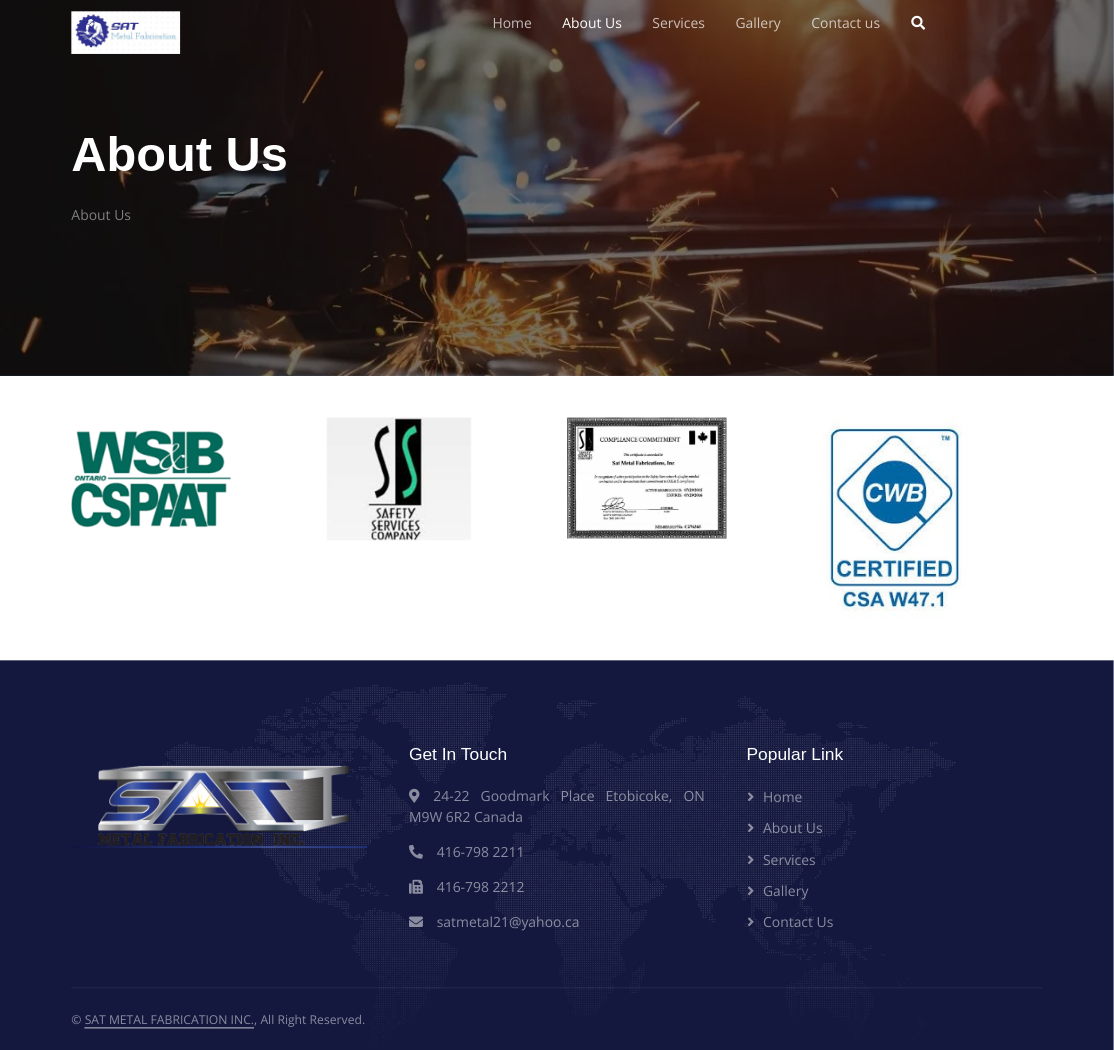
Repository: dzyte-services/satmetal
Page: http://localhost/about.php
The author's editor kept a copy of each file at every save. The page is drawn from the files as they stood at one save, then again after the next save.
The browser window is 1280 px wide. The pictures show the whole page, at 87% of full size.
Some web fonts or font styles are not loaded; a fallback is used. Some web libraries are served in a nearby version. The page is run by PHP 8.4 with error messages shown; the project is at /var/www/html/.

Above is the page before, as saved 2023-11-08 10:21:58.

### about.php
<!DOCTYPE html>
<html lang="en">

<head>
    <meta charset="utf-8">
    <title>SAT - About</title>
    <meta content="width=device-width, initial-scale=1.0" name="viewport">
    <meta content="" name="keywords">
    <meta content="" name="description">

    <!-- Favicon -->
    <link href="img/favicon.ico" rel="icon">

    <!-- Google Web Fonts -->
    <link rel="preconnect" href="https://fonts.googleapis.com">
    <link rel="preconnect" href="https://fonts.gstatic.com" crossorigin>
    <link href="https://fonts.googleapis.com/css2?family=Open+Sans:wght@400;600&family=Ubuntu:wght@500;700&display=swap"
        rel="stylesheet">

    <!-- Icon Font Stylesheet -->
    <link href="https://cdnjs.cloudflare.com/ajax/libs/font-awesome/5.10.0/css/all.min.css" rel="stylesheet">
    <link href="https://cdn.jsdelivr.net/npm/bootstrap-icons@1.4.1/font/bootstrap-icons.css" rel="stylesheet">

    <!-- Libraries Stylesheet -->
    <link href="lib/animate/animate.min.css" rel="stylesheet">
    <link href="lib/owlcarousel/assets/owl.carousel.min.css" rel="stylesheet">

    <!-- Customized Bootstrap Stylesheet -->
    <link href="css/bootstrap.min.css" rel="stylesheet">

    <!-- Template Stylesheet -->
    <link href="css/style.css" rel="stylesheet">
</head>

<body>
    <!-- Spinner Start -->
    <!-- <div id="spinner"
        class="show bg-white position-fixed translate-middle w-100 vh-100 top-50 start-50 d-flex align-items-center justify-content-center">
        <div class="spinner-grow text-primary" style="width: 3rem; height: 3rem;" role="status">
            <span class="sr-only">Loading...</span>
        </div>
    </div> -->
    <!-- Spinner End -->


    <!-- Navbar Start -->
    <?php
        include "header.php";
    ?>
    <!-- Navbar End -->





    <!-- Full Screen Search Start -->
    <div class="modal fade" id="searchModal" tabindex="-1">
        <div class="modal-dialog modal-fullscreen">
            <div class="modal-content" style="background: rgba(20, 24, 62, 0.7);">
                <div class="modal-header border-0">
                    <button type="button" class="btn btn-square bg-white btn-close" data-bs-dismiss="modal"
                        aria-label="Close"></button>
                </div>
                <div class="modal-body d-flex align-items-center justify-content-center">
                    <div class="input-group" style="max-width: 600px;">
                        <input type="text" class="form-control bg-transparent border-light p-3"
                            placeholder="Type search keyword">
                        <button class="btn btn-light px-4"><i class="bi bi-search"></i></button>
                    </div>
                </div>
            </div>
        </div>
    </div>
    <!-- Full Screen Search End -->


    <!-- About Start -->
    <!-- Modal gallery -->
    <!-- Section: Images -->
    <div class="container-fluid py-5">
        <div class="container">
            <div class="row d-flex justify-content-center">
                <!-- Left Image -->
                <div class="col-lg-3 mb-4 mb-lg-0">
                    <div class="bg-image hover-overlay ripple shadow-1-strong rounded" data-ripple-color="light">
                        <img src="img/img2.png" class="" style='width:70%;' /> <!-- Adjust width to your needs -->
                        <a href="#!" data-mdb-toggle="modal" data-mdb-target="#exampleModal2">
                            <div class="mask" style="background-color: rgba(251, 251, 251, 0.2);"></div>
                        </a>
                    </div>
                </div>

                <!-- Right Image -->
                <div class="col-lg-3 mb-4 mb-lg-0">
                    <div class="bg-image hover-overlay ripple shadow-1-strong rounded" data-ripple-color="light">
                        <img src="img/img3.png" class="" style='width:70%;' /> <!-- Adjust width to your needs -->
                        <a href="#!" data-mdb-toggle="modal" data-mdb-target="#exampleModal2">
                            <div class="mask" style="background-color: rgba(251, 251, 251, 0.2);"></div>
                        </a>
                    </div>
                </div>

                <div class="col-lg-3 mb-4 mb-lg-0">
                    <div class="bg-image hover-overlay ripple shadow-1-strong rounded" data-ripple-color="light">
                        <img src="img/img1.png" class="" style='width:70%;' /> <!-- Adjust width to your needs -->
                        <a href="#!" data-mdb-toggle="modal" data-mdb-target="#exampleModal2">
                            <div class="mask" style="background-color: rgba(251, 251, 251, 0.2);"></div>
                        </a>
                    </div>
                </div>
                <div class="col-lg-3 mb-4 mb-lg-0">
                    <div class="bg-image hover-overlay ripple shadow-1-strong rounded" data-ripple-color="light">
                        <img src="img/img4.jpeg" class="" style='width:70%;' /> <!-- Adjust width to your needs -->
                        <a href="#!" data-mdb-toggle="modal" data-mdb-target="#exampleModal2">
                            <div class="mask" style="background-color: rgba(251, 251, 251, 0.2);"></div>
                        </a>
                    </div>
                </div>
            </div>

        </div>
    </div>


    <!-- Footer Start -->
    <?php
        include "footer.php";
    ?>
    <!-- Footer End -->


    <!-- Back to Top -->
    <a href="#" class="btn btn-lg btn-primary btn-lg-square back-to-top pt-2"><i class="bi bi-arrow-up"></i></a>


    <!-- JavaScript Libraries -->
    <script src="https://ajax.googleapis.com/ajax/libs/jquery/3.6.1/jquery.min.js"></script>
    <script src="https://cdn.jsdelivr.net/npm/bootstrap@5.0.0/dist/js/bootstrap.bundle.min.js"></script>
    <script src="lib/wow/wow.min.js"></script>
    <script src="lib/easing/easing.min.js"></script>
    <script src="lib/waypoints/waypoints.min.js"></script>
    <script src="lib/counterup/counterup.min.js"></script>
    <script src="lib/owlcarousel/owl.carousel.min.js"></script>

    <!-- Template Javascript -->
    <script src="js/main.js"></script>
</body>

</html>

### header.php
    <?php
        $currentPage1 = basename($_SERVER['PHP_SELF']);
    ?>
    <!-- Spinner Start -->
    <div id="spinner"
        class="show bg-white position-fixed translate-middle w-100 vh-100 top-50 start-50 d-flex align-items-center justify-content-center">
        <div class="spinner-grow text-primary" style="width: 3rem; height: 3rem;" role="status">
            <span class="sr-only">Loading...</span>
        </div>
    </div>
    <!-- Spinner End -->


    <!-- Navbar Start -->
    <div class="container-fluid sticky-top">
        <div class="container">
            <nav class="navbar navbar-expand-lg navbar-dark p-0">
                <div class="row">
                    <div class="col-lg-4">
                        <a href="index.php" class="navbar-brand">
                            <img class="img-fluid" width="40%" height="40%" src="img/logo1.jpeg" alt="">
                        </a>
                        <button type="button" class="navbar-toggler ms-auto me-0" data-bs-toggle="collapse"
                            data-bs-target="#navbarCollapse">
                            <span class="navbar-toggler-icon"></span>
                        </button>
                    </div>
                    <div class="col-lg-8 ">
                    <div class="collapse navbar-collapse" id="navbarCollapse">
                    <div class="navbar-nav ms-auto">
                        <a href="index.php" class="nav-item nav-link  <?php echo ($currentPage1 === 'index.php') ? 'active' : ''; ?>">Home</a>
                        <a href="about.php" class="nav-item nav-link <?php echo ($currentPage1 === 'about.php') ? 'active' : ''; ?>">About Us</a>
                        <a href="service.php" class="nav-item nav-link <?php echo ($currentPage1 === 'service.php') ? 'active' : ''; ?>">Services</a>
                        <a href="project.php" class="nav-item nav-link <?php echo ($currentPage1 === 'project.php') ? 'active' : ''; ?>">Gallery</a>

                        <a href="contact.php" class="nav-item nav-link <?php echo ($currentPage1 === 'contact.php') ? 'active' : ''; ?>">Contact us</a>
                    </div>
                    <butaton type="button" class="btn text-white p-0 d-none d-lg-block" data-bs-toggle="modal"
                        data-bs-target="#searchModal"><i class="fa fa-search"></i></butaton>
                </div>
                    </div>
                </div>


            </nav>
        </div>
    </div>
    <!-- Navbar End -->

    <div>
          <?php
                $currentPage = $_SERVER['SCRIPT_NAME'];
                $current_page = basename($currentPage);

                if ($current_page === "index.php") {
                    include("header/home.php");
                } elseif ($current_page === "about.php") {
                    include("header/about.php");
                } elseif ($current_page === "service.php") {
                    include("header/service.php");
                } elseif ($current_page === "project.php") {
                    include("header/gallery.php");
                } elseif ($current_page === "contact.php") {
                    include("header/contact.php");
                }



            ?>
    </div>

### header/about.php
<!-- Hero Start -->
<div class="container-fluid pt-5 bg-primary hero-header">
        <div class="container pt-5">
            <div class="row g-5 pt-5">
                <div class="col-lg-6 align-self-center text-center text-lg-start mb-lg-5">
                    <h1 class="display-4 text-white mb-4 animated slideInRight">About Us</h1>
                    <nav aria-label="breadcrumb">
                        <ol class="breadcrumb justify-content-center justify-content-lg-start mb-0">
                            <!-- <li class="breadcrumb-item"><a class="text-white" href="#">Home</a></li> -->
                            <!-- <li class="breadcrumb-item"><a class="text-white" href="#">Pages</a></li> -->
                            <li class="breadcrumb-item text-white active" aria-current="page">About Us</li>
                        </ol>
                    </nav>
                </div>
            </div>
        </div>
    </div>
    <!-- Hero End -->

### footer.php
    <!-- Footer Start -->
    <div class="container-fluid bg-dark text-white-50 footer pt-5">
        <div class="container py-5">
            <div class="row g-5">
                <div class="col-md-6 col-lg-4 wow fadeIn" data-wow-delay="0.1s">
                    <a href="index.php" class="d-inline-block mb-3">
                    <img class="img-fluid" width="100%" src="img/SAT_Logo.png" alt="">
                    </a>
                    <!-- <p class="mb-0">Tempor erat elitr rebum at clita. Diam dolor diam ipsum et tempor sit. Aliqu diam
                        amet diam et eos labore. Clita erat ipsum et lorem et sit, sed stet no labore lorem sit. Sanctus
                        clita duo justo et tempor</p> -->
                </div>
                <div class="col-md-6 col-lg-4 wow fadeIn" data-wow-delay="0.3s">
                    <h5 class="text-white mb-4">Get In Touch</h5>
                    <p><i class="fa fa-map-marker-alt me-3"></i>24-22 Goodmark Place Etobicoke, ON M9W 6R2 Canada</p>
                    <p><i class="fa fa-phone-alt me-3"></i>416-798 2211</p>
                    <p><i class="fa fa-fax me-3"></i>416-798 2212</p>
                    <p><i class="fa fa-envelope me-3"></i>satmetal21@yahoo.ca</p>
                    <!-- <div class="d-flex pt-2">
                        <a class="btn btn-outline-light btn-social" href=""><i class="fab fa-twitter"></i></a>
                        <a class="btn btn-outline-light btn-social" href=""><i class="fab fa-facebook-f"></i></a>
                        <a class="btn btn-outline-light btn-social" href=""><i class="fab fa-youtube"></i></a>
                        <a class="btn btn-outline-light btn-social" href=""><i class="fab fa-instagram"></i></a>
                        <a class="btn btn-outline-light btn-social" href=""><i class="fab fa-linkedin-in"></i></a>
                    </div> -->
                </div>
                <div class="col-md-6 col-lg-4 wow fadeIn" data-wow-delay="0.5s">
                    <h5 class="text-white mb-4">Popular Link</h5>
                    <a class="btn btn-link" href="index.php">Home</a>
                    <a class="btn btn-link" href="about.php">About Us</a>
                    <a class="btn btn-link" href="service.php">Services</a>
                    <a class="btn btn-link" href="project.php">Gallery</a>
                    <a class="btn btn-link" href="contact.php">Contact Us</a>
                </div>
                <!-- <div class="col-md-6 col-lg-3 wow fadeIn" data-wow-delay="0.7s">
                    <h5 class="text-white mb-4">Our Services</h5>
                    <a class="btn btn-link" href="">Robotic Automation</a>
                    <a class="btn btn-link" href="">Machine learning</a>
                    <a class="btn btn-link" href="">Predictive Analysis</a>
                    <a class="btn btn-link" href="">Data Science</a>
                    <a class="btn btn-link" href="">Robot Technology</a>
                </div> -->
            </div>
        </div>
        <div class="container wow fadeIn" data-wow-delay="0.1s">
            <div class="copyright">
                <div class="row">
                    <div class="col-md-6 text-center text-md-start mb-3 mb-md-0">
                        &copy; <a class="border-bottom" href="#">SAT METAL FABRICATION INC.</a>, All Right Reserved.

                        <!--/*** This template is free as long as you keep the footer author’s credit link/attribution link/backlink. If you'd like to use the template without the footer author’s credit link/attribution link/backlink, you can purchase the Credit Removal License from "https://htmlcodex.com/credit-removal". Thank you for your support. ***/-->
                        <!-- Designed By <a class="border-bottom" href="https://htmlcodex.com">HTML Codex</a> Distributed By <a class="border-bottom" href="https://themewagon.com">ThemeWagon</a> -->
                    </div>
                    <!-- <div class="col-md-6 text-center text-md-end">
                        <div class="footer-menu">
                            <a href="">Home</a>
                            <a href="">Cookies</a>
                            <a href="">Help</a>
                            <a href="">FAQs</a>
                        </div>
                    </div> -->
                </div>
            </div>
        </div>
    </div>
    <!-- Footer End -->


    <!-- Back to Top -->
    <a href="#" class="btn btn-lg btn-primary btn-lg-square back-to-top pt-2"><i class="bi bi-arrow-up"></i></a>

Loaded but not shown: lib/animate/animate.min.css (library); lib/owlcarousel/assets/owl.carousel.min.css (common file); css/bootstrap.min.css (library); lib/wow/wow.min.js (library); lib/easing/easing.min.js (common file); lib/waypoints/waypoints.min.js (library); lib/counterup/counterup.min.js (common file); lib/owlcarousel/owl.carousel.min.js (library); js/main.js (64 lines, source omitted); css/style.css (555 lines, source omitted)

After the next save:
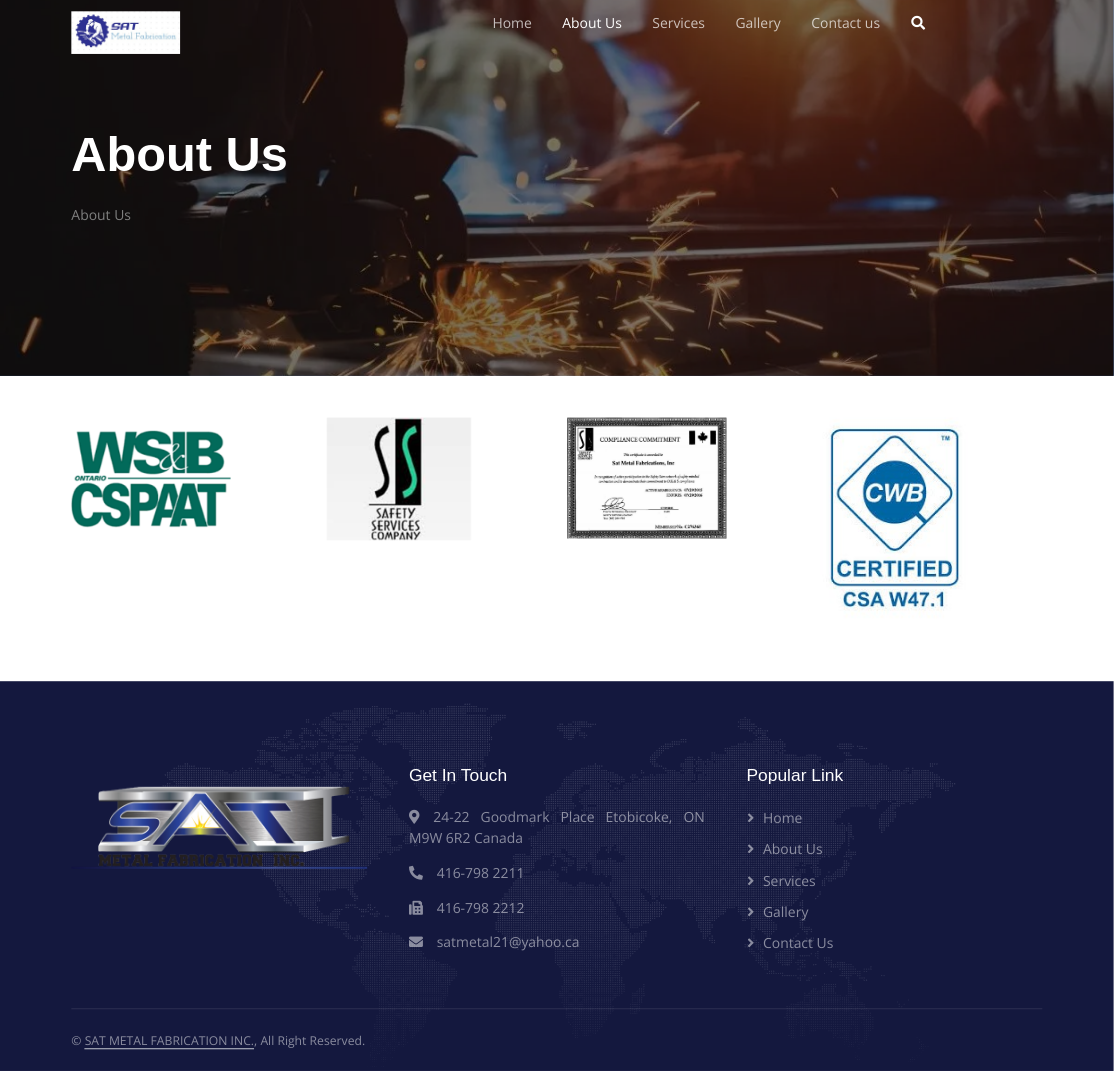
Saved 7 h 18 min later.
--- a/about.php
+++ b/about.php
@@ -79,44 +79,44 @@
     <!-- Section: Images -->
     <div class="container-fluid py-5">
         <div class="container">
-            <div class="row d-flex justify-content-center">
-                <!-- Left Image -->
-                <div class="col-lg-3 mb-4 mb-lg-0">
-                    <div class="bg-image hover-overlay ripple shadow-1-strong rounded" data-ripple-color="light">
-                        <img src="img/img2.png" class="" style='width:70%;' /> <!-- Adjust width to your needs -->
-                        <a href="#!" data-mdb-toggle="modal" data-mdb-target="#exampleModal2">
-                            <div class="mask" style="background-color: rgba(251, 251, 251, 0.2);"></div>
-                        </a>
-                    </div>
-                </div>
+        <div class="row">
+    <div class="col-lg-3 col-md-4 col-sm-6 mb-4">
+        <div class="bg-image hover-overlay ripple shadow-1-strong rounded" data-ripple-color="light">
+            <img src="img/img2.png" class="" style="width: 70%;" />
+            <a href="#!" data-mdb-toggle="modal" data-mdb-target="#exampleModal2">
+                <div class="mask" style="background-color: rgba(251, 251, 251, 0.2);"></div>
+            </a>
+        </div>
+    </div>
 
-                <!-- Right Image -->
-                <div class="col-lg-3 mb-4 mb-lg-0">
-                    <div class="bg-image hover-overlay ripple shadow-1-strong rounded" data-ripple-color="light">
-                        <img src="img/img3.png" class="" style='width:70%;' /> <!-- Adjust width to your needs -->
-                        <a href="#!" data-mdb-toggle="modal" data-mdb-target="#exampleModal2">
-                            <div class="mask" style="background-color: rgba(251, 251, 251, 0.2);"></div>
-                        </a>
-                    </div>
-                </div>
+    <div class="col-lg-3 col-md-4 col-sm-6 mb-4">
+        <div class="bg-image hover-overlay ripple shadow-1-strong rounded" data-ripple-color="light">
+            <img src="img/img3.png" class="" style="width: 70%;" />
+            <a href="#!" data-mdb-toggle="modal" data-mdb-target="#exampleModal2">
+                <div class="mask" style="background-color: rgba(251, 251, 251, 0.2);"></div>
+            </a>
+        </div>
+    </div>
 
-                <div class="col-lg-3 mb-4 mb-lg-0">
-                    <div class="bg-image hover-overlay ripple shadow-1-strong rounded" data-ripple-color="light">
-                        <img src="img/img1.png" class="" style='width:70%;' /> <!-- Adjust width to your needs -->
-                        <a href="#!" data-mdb-toggle="modal" data-mdb-target="#exampleModal2">
-                            <div class="mask" style="background-color: rgba(251, 251, 251, 0.2);"></div>
-                        </a>
-                    </div>
-                </div>
-                <div class="col-lg-3 mb-4 mb-lg-0">
-                    <div class="bg-image hover-overlay ripple shadow-1-strong rounded" data-ripple-color="light">
-                        <img src="img/img4.jpeg" class="" style='width:70%;' /> <!-- Adjust width to your needs -->
-                        <a href="#!" data-mdb-toggle="modal" data-mdb-target="#exampleModal2">
-                            <div class="mask" style="background-color: rgba(251, 251, 251, 0.2);"></div>
-                        </a>
-                    </div>
-                </div>
-            </div>
+    <div class="col-lg-3 col-md-4 col-sm-6 mb-4">
+        <div class="bg-image hover-overlay ripple shadow-1-strong rounded" data-ripple-color="light">
+            <img src="img/img1.png" class="" style="width: 70%;" />
+            <a href="#!" data-mdb-toggle="modal" data-mdb-target="#exampleModal2">
+                <div class="mask" style="background-color: rgba(251, 251, 251, 0.2);"></div>
+            </a>
+        </div>
+    </div>
+
+    <div class="col-lg-3 col-md-4 col-sm-6 mb-4">
+        <div class="bg-image hover-overlay ripple shadow-1-strong rounded" data-ripple-color="light">
+            <img src="img/img4.jpeg" class="" style="width: 70%;" />
+            <a href="#!" data-mdb-toggle="modal" data-mdb-target="#exampleModal2">
+                <div class="mask" style="background-color: rgba(251, 251, 251, 0.2);"></div>
+            </a>
+        </div>
+    </div>
+</div>
+
 
         </div>
     </div>
